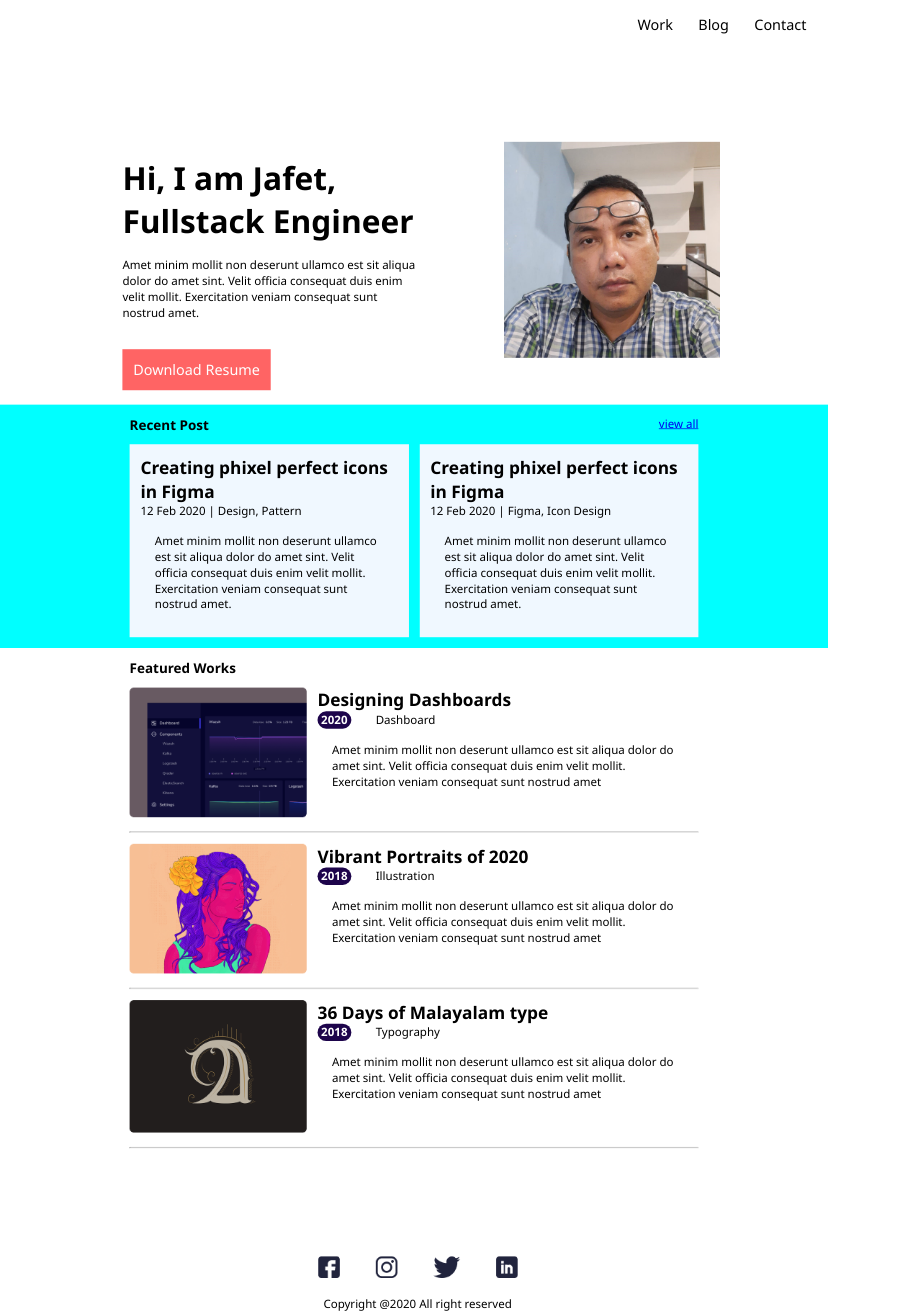
Repository: jafetdn73/portofolio
Page: index.html
An editor plug-in stored every save of this project. The page is shown before and after the next save, followed by the edit.
The browser window is 1280 px wide. The pictures show the whole page, at 72% of full size.

Above is the page before, as saved 2022-02-24 13:00:10.

After the next save:
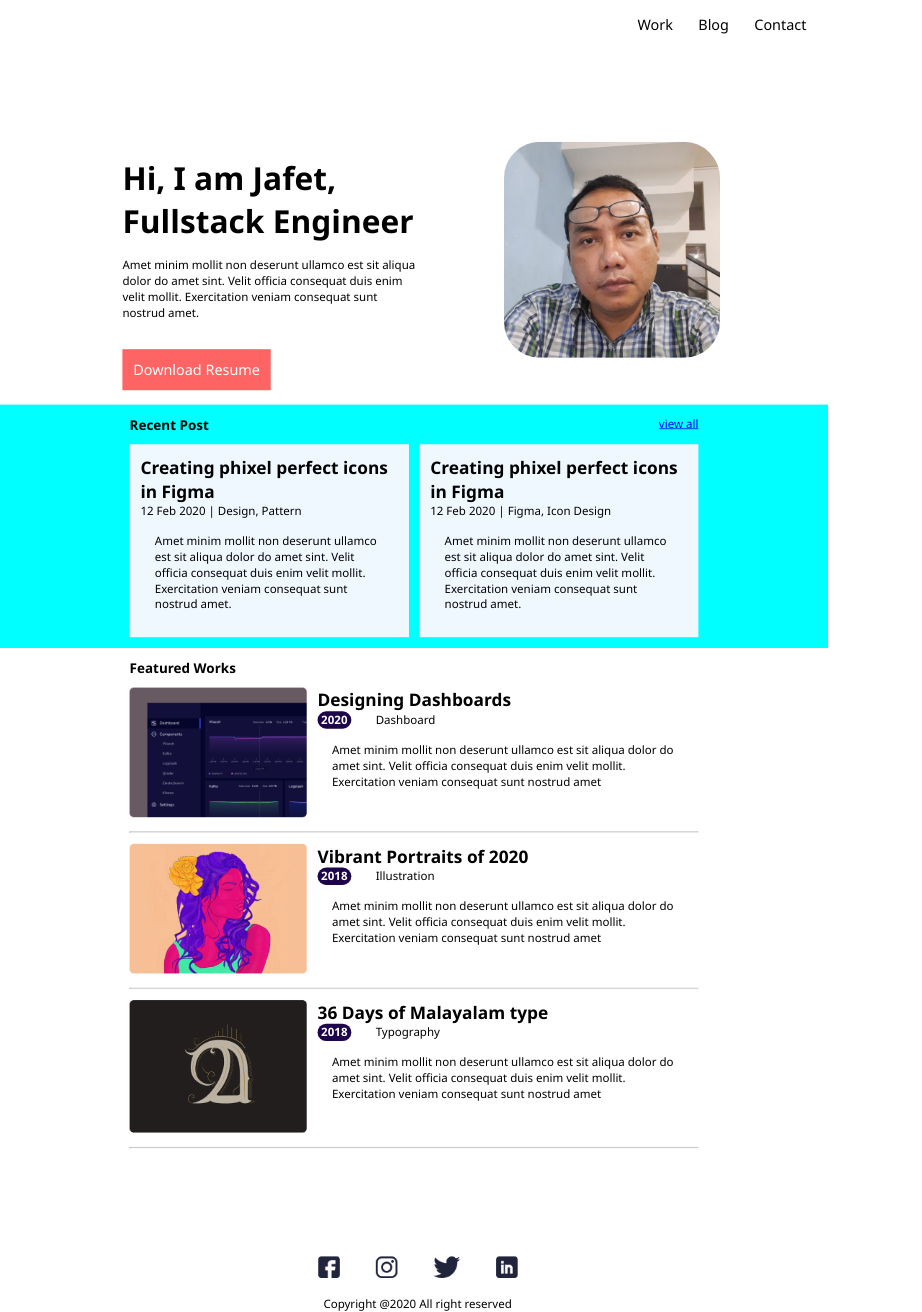
Saved 35 s later.
--- a/figma.css
+++ b/figma.css
@@ -30,6 +30,7 @@
 .hero-image-src {
     width: 300px;
     height: 300px;
+    border-radius: 50px;
 }
 
 .hero-text {
